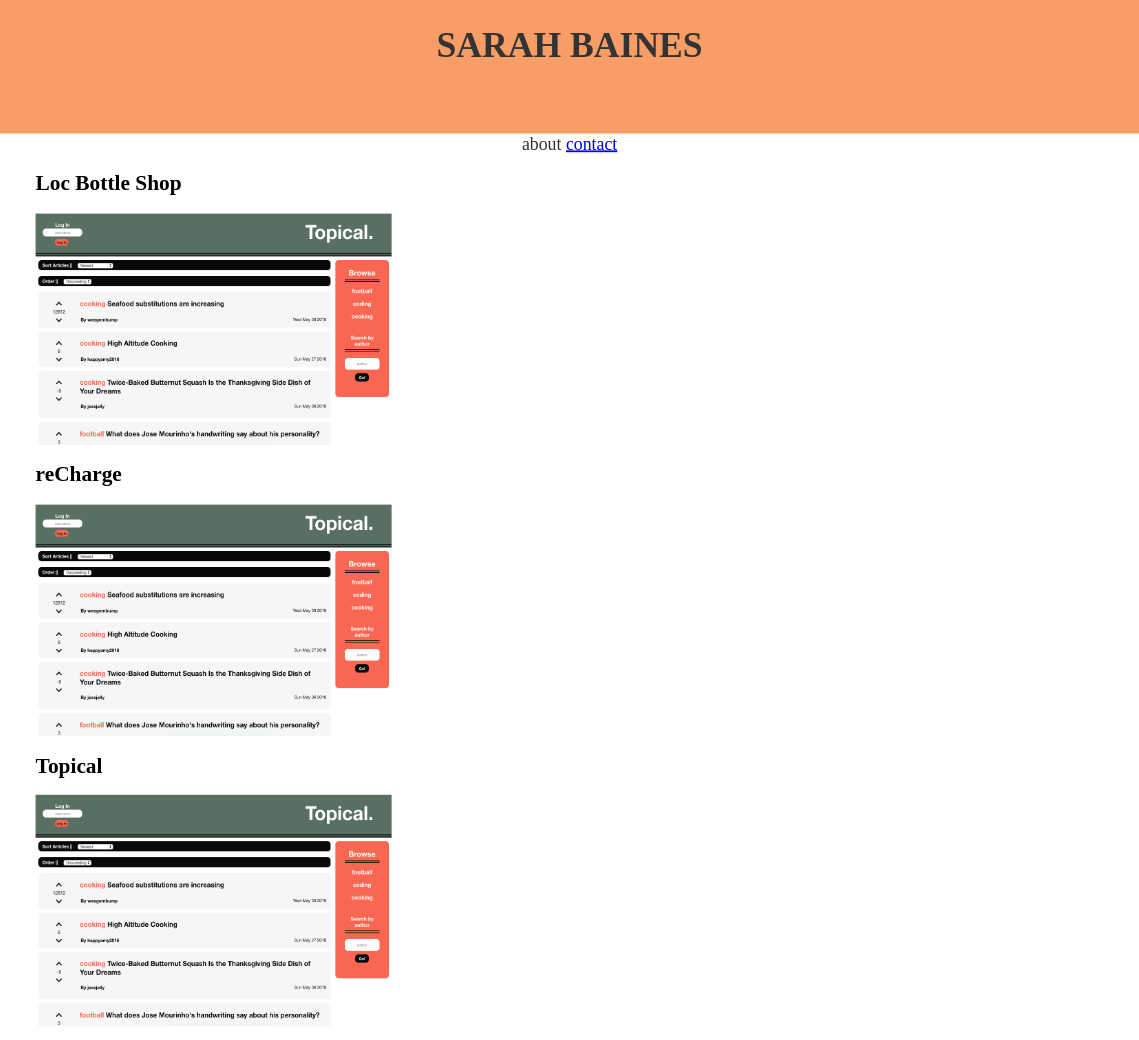
Repository: bainesface/bainesface.github.io
Page: index.html
These files come from the project's save history. The page is drawn as it stood at one moment and after the next save; the edit follows.
The browser window is 1280 px wide. The pictures show the whole page, at 89% of full size.

Above is the page before, as saved 2020-04-27 14:39:51.

### index.html
<!DOCTYPE html>
<html lang="en">
  <head>
    <meta charset="UTF-8" />
    <meta name="viewport" content="width=device-width, initial-scale=1.0" />
    <meta http-equiv="X-UA-Compatible" content="ie=edge" />
    <link rel="stylesheet" href="index.css" />
    <title>My Portfolio Site</title>
  </head>
  <body class="body">
    <header class="header">
    <a href="index.html"></a>
      <h1 class="title">
        <center>SARAH BAINES</center>
      </h1>
    </a>
   </header> <nav class="menu">
      <a href="about.html" class="link">about</a>
      <!-- <a href="web.html">web</a>
      <a href="app.html">app</a> -->
      <a href="contact.html">contact</a>
    </nav>
    <section class='main'>
      <ul class='projects-list'>
        <li><h2>Loc Bottle Shop</h2>
        <p class="portfolio-image"><img src="./img/topical-fe.png" height=260px width=400px/></p></li>
        <li><h2>reCharge</h2>
        <p class="portfolio-image"><img src="./img/topical-fe.png" height=260px width=400px /></p></li>
        <li><h2>Topical</h2>
        <p class="portfolio-image"><img src="./img/topical-fe.png" height=260px width=400px /></p></li>
      </ul>
    </section>
  </body>
</html>

### index.css
.body {
  display: grid;
  grid-template-rows: 150px auto;
  grid-template-columns: 100%;
  grid-template-areas:
    'header'
    'main';
  padding: 0;
  margin: 0;
  border: none;
}

.header {
  grid-area: header;
  background-color: #f79d65;
  margin: 0;
  width: 100%;
}

.title {
  font-size: 30pt;
  color: #333333;
  font-family: 'PT Sans';
}

.menu {
  font-size: 15pt;
  font-family: 'PT Sans';
  text-decoration: none;
  text-align: center;
}

.paragraph {
  font-size: 15pt;
  font-family: 'PT Sans';
}

.portfolio-image {
  height: 260px;
  width: 400px;
}

.projects-list {
  list-style: none;
}

.link {
  text-decoration: none;
  color: #333333;
}

After the next save:
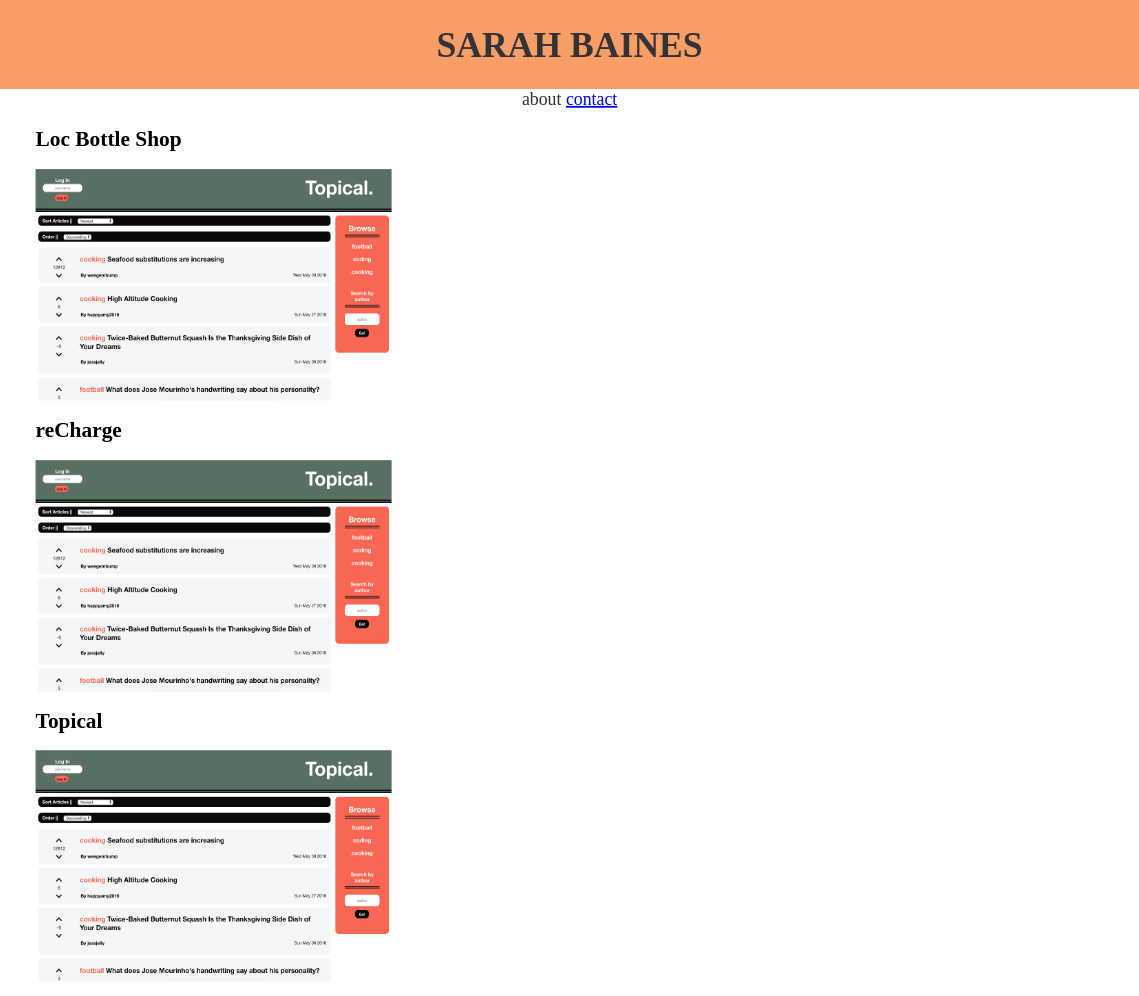
Saved 15 s later.
--- a/index.css
+++ b/index.css
@@ -1,6 +1,6 @@
 .body {
   display: grid;
-  grid-template-rows: 150px auto;
+  grid-template-rows: 100px auto;
   grid-template-columns: 100%;
   grid-template-areas:
     'header'
